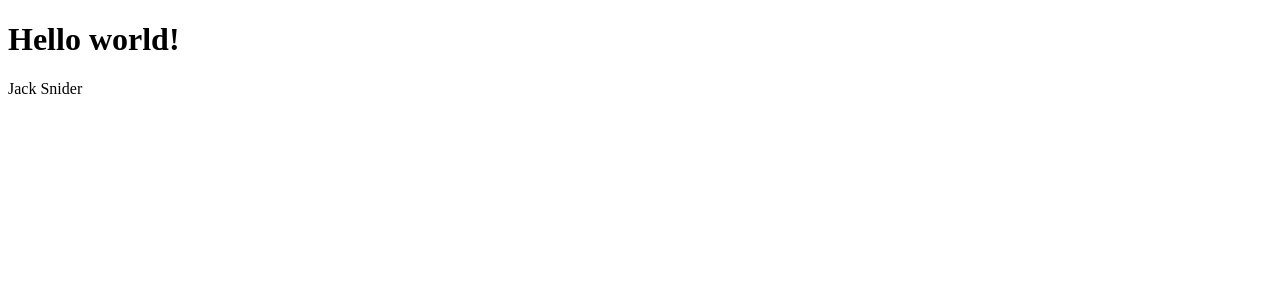
Repository: Jack-Snider/JSP-PlayGround
Page: http://localhost/TEST/views/test.jsp
The author's editor kept a copy of each file at every save. The page is drawn from the files as they stood at one save, then again after the next save.
The browser window is 1280 px wide. The pictures show the whole page.
The page is served by Tomcat 9.

Above is the page before, as saved 2022-10-03 05:14:05.

After the next save:
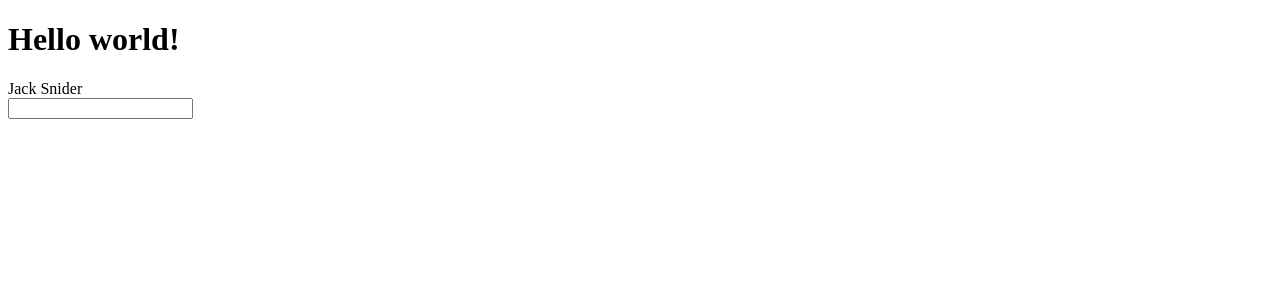
Saved 13 s later.
--- a/TEST/src/main/webapp/views/test.jsp
+++ b/TEST/src/main/webapp/views/test.jsp
@@ -23,7 +23,7 @@
 		<h1>Hello world!</h1>
 		<div id = "jack">Jack Snider</div>
 		<form action="<%= request.getContextPath()%>/jacksnider.do" method = "post">
-
+			<input type = "text">
 		</form>
 	</body>
 </html>
